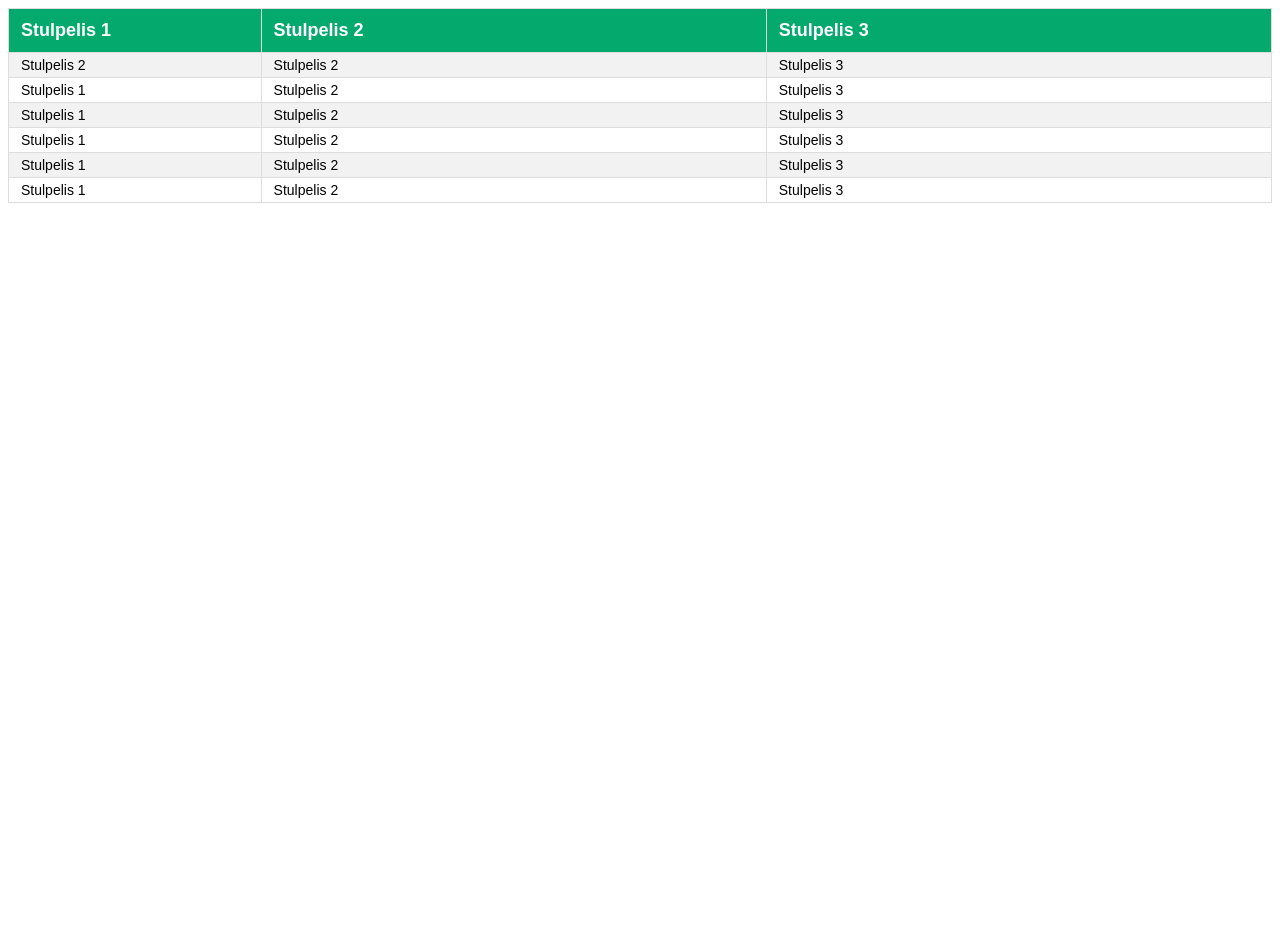
Repository: motiejus1/10-paskaita-05.31
Page: index.html
An editor plug-in stored every save of this project. The page is shown before and after a run of saves, followed by the edit.
The browser window is 1280 px wide. The pictures show the part of the page from y = 0 to 952 px (the page is 3211 px tall before and 3250 px after).
Backgrounds fixed to the window are drawn as part of the page.

Above is the page before, as saved 2021-06-16 20:35:41.

### index.html
<!DOCTYPE html>
<html lang="en">
<head>
    <meta charset="UTF-8">
    <meta http-equiv="X-UA-Compatible" content="IE=edge">
    <meta name="viewport" content="width=device-width, initial-scale=1.0">
    <title>10 paskaita</title>

    <style>
        html {
            font-size: 18px;
        }

        .container {
            width: 100%;
            height: 1800px;
        }


        /* Fono spalvos */

        .fonas-spalva {
            background-color: green;
            opacity: 0.7;
        }

        .fonas {
            background-color: #657AD3;
            opacity: 0.7;
        }

        .fonas-rgb {
            background-color:rgb(101, 122, 211);
            opacity: 0.7;
        }

        .fonas-rgba {
            background-color:rgba(101, 122, 211, 0.7);
        }

        /* Paveiksliukas kaip fonas */
        .paveiksliukas {
            height: 100%;
            background-image: url("https://images.unsplash.com/photo-1593642531955-b62e17bdaa9c?ixid=MnwxMjA3fDF8MHxwaG90by1wYWdlfHx8fGVufDB8fHx8&ixlib=rb-1.2.1&auto=format&fit=crop&w=750&q=80");
            background-color:grey;
            background-repeat: no-repeat;
            opacity: 0.7;
            background-attachment: fixed;
            /* background-position: 5px 5px; */
            /* background-position: center center; */
            /* background-size: 100% 100%; */
            /* background-size: contain; background-size: 100% */
            /* background-size: cover; */


        }

        table {

            font-family: Arial, Helvetica, sans-serif;
            border: 1px solid  #ddd;
            margin-bottom: 1200px;
            width: 100%;
            border-collapse: collapse;
        }


        td, th {
            border: 1px solid  #ddd;
            padding-left: 12px;
        }

        th {
            text-align: left;
            padding-top: 11px;
            padding-bottom: 11px;
            background-color: #04AA6D;
            color:white;
            font-size: 1rem;
        }

        td {
            padding-top: 0.2222rem;
            padding-bottom: 4px;
            font-size: 0.7778rem;
        }

        tr:nth-child(even) {
            background-color: #f2f2f2;
        }

        tr:hover {
            background-color: #ddd;
         }

        /* td:hover { */
            /* background-color: #ddd; */
        /* } */
            .col-20 {
                width: 20%;
                height: 20
            }
            .col-40 {
                width: 40%;
            }

            img {
                width: 100%;
            }
    </style>
</head>
<body>

    <table>
        <tr>
            <th class="col-20">Stulpelis 1</th>
            <th class="col-40">Stulpelis 2</th>
            <th class="col-40">Stulpelis 3</th>
        </tr>
        <tr>
            <td>
                Stulpelis 2
            </td>
            <td>Stulpelis 2</td>
            <td>Stulpelis 3</td>
        </tr>
        <tr>
            <td>Stulpelis 1</td>
            <td>Stulpelis 2</td>
            <td>Stulpelis 3</td>
        </tr>
        <tr>
            <td>Stulpelis 1</td>
            <td>Stulpelis 2</td>
            <td>Stulpelis 3</td>
        </tr>
        <tr>
            <td>Stulpelis 1</td>
            <td>Stulpelis 2</td>
            <td>Stulpelis 3</td>
        </tr>
        <tr>
            <td>Stulpelis 1</td>
            <td>Stulpelis 2</td>
            <td>Stulpelis 3</td>
        </tr>
        <tr>
            <td>Stulpelis 1</td>
            <td>Stulpelis 2</td>
            <td>Stulpelis 3</td>
        </tr>
    </table>

    <div class="container fonas-rgba">
        <div class="paveiksliukas">
            Tekstas
        </div>
    </div>
</body>
</html>

After the next 2 saves:
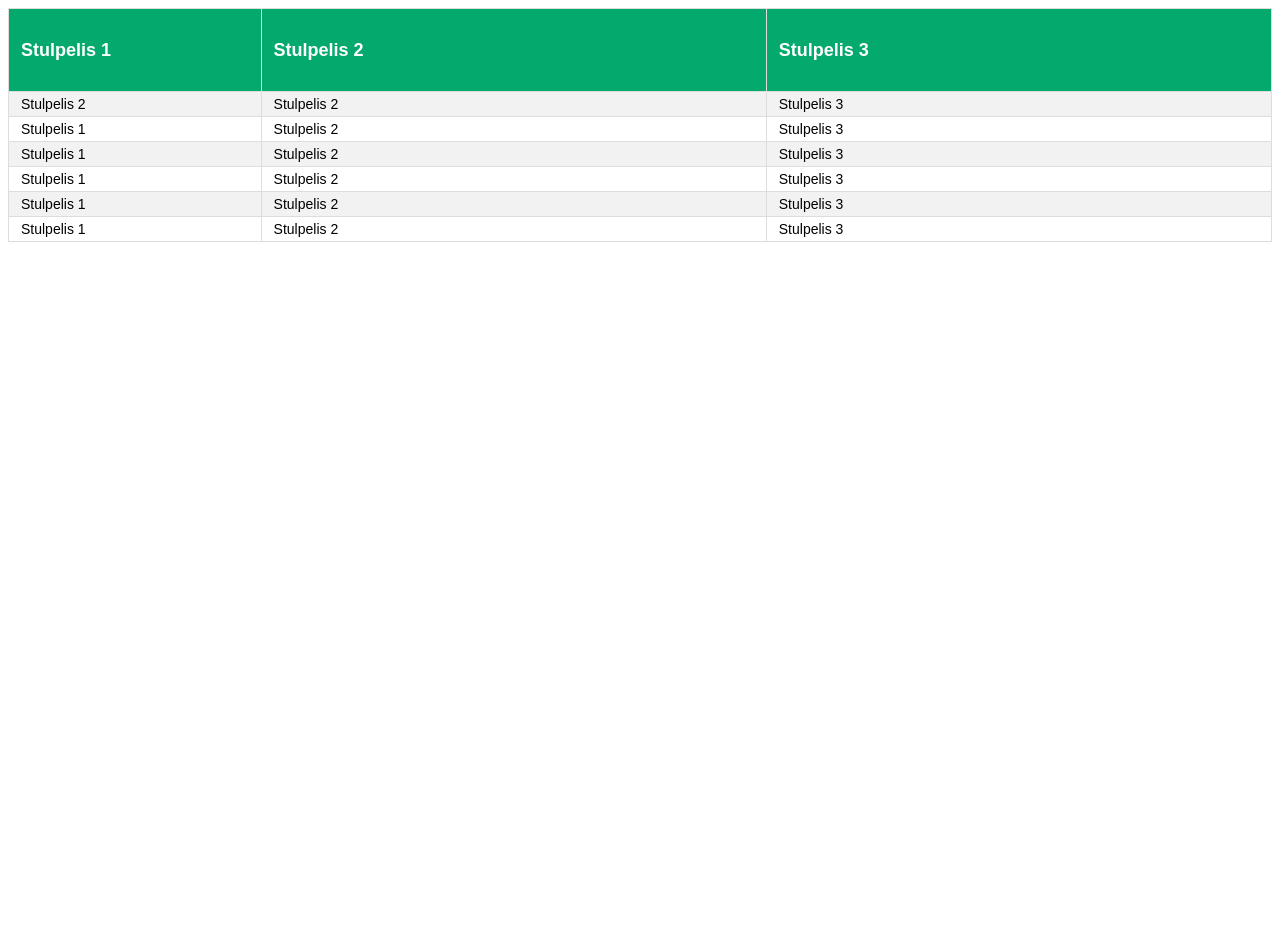
The 2 saves are shown as one change because they came seconds apart.
The last was saved 6 s later.
--- a/index.html
+++ b/index.html
@@ -98,7 +98,7 @@
         /* } */
             .col-20 {
                 width: 20%;
-                height: 20
+                height: 60px;
             }
             .col-40 {
                 width: 40%;
